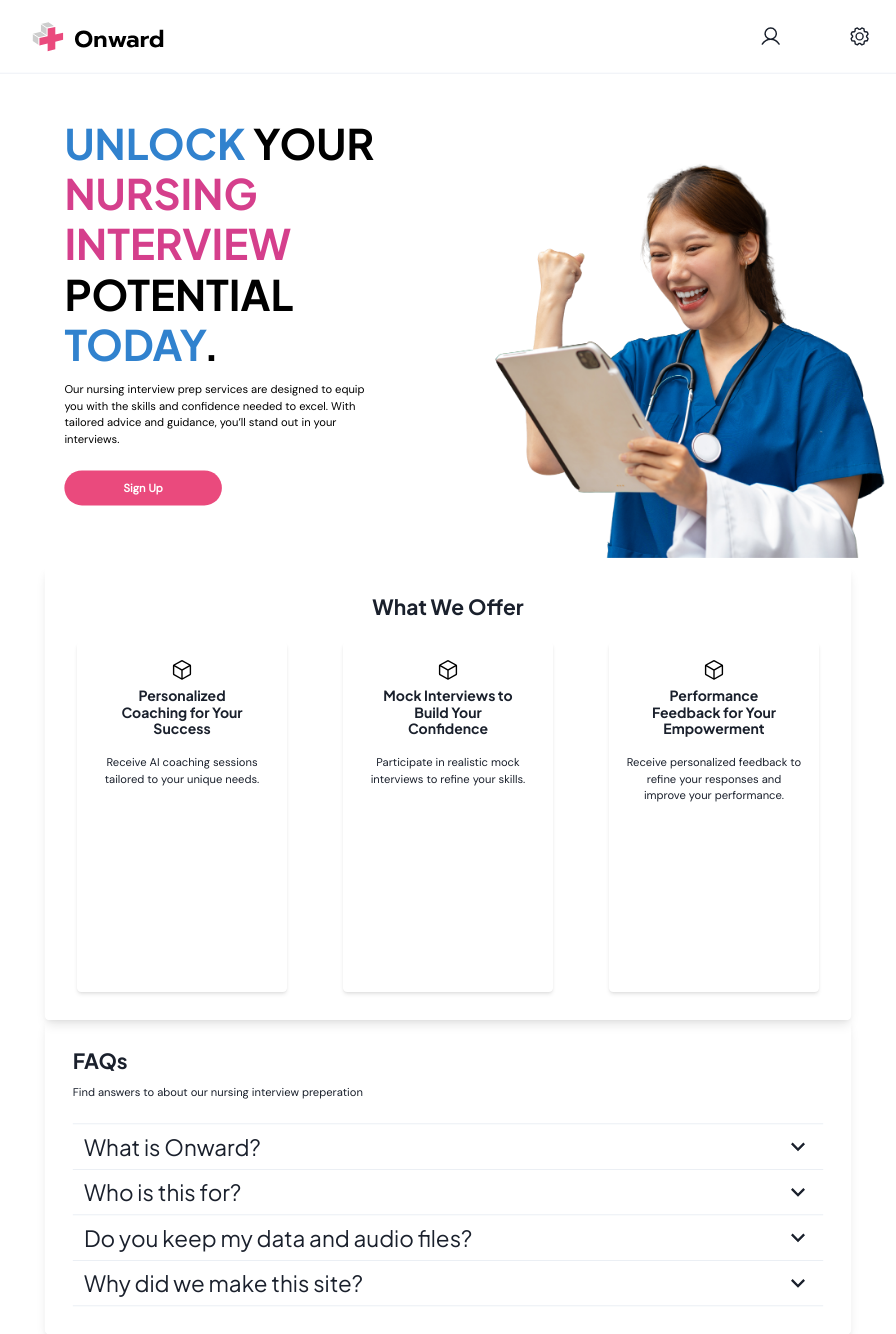
Repository: Aladdin3r/onward
Page: /landing-page
The author's editor kept a copy of each file at every save. The page is drawn from the files as they stood at one save, then again after a run of saves.
The browser window is 1280 px wide. The pictures show the whole page, at 70% of full size.
The project was rebuilt for these pictures with package versions that can differ from the ones it lists, and the page was loaded fresh each time. The framework's server and built-in components were replaced by stand-ins that run in the browser. Also part of the build but not shown: next.config.mjs, styles/components/AppTopNav.js, styles/components/Layout.js.

Above is the page before, as saved 2024-10-29 03:00:50.

After the next 3 saves:
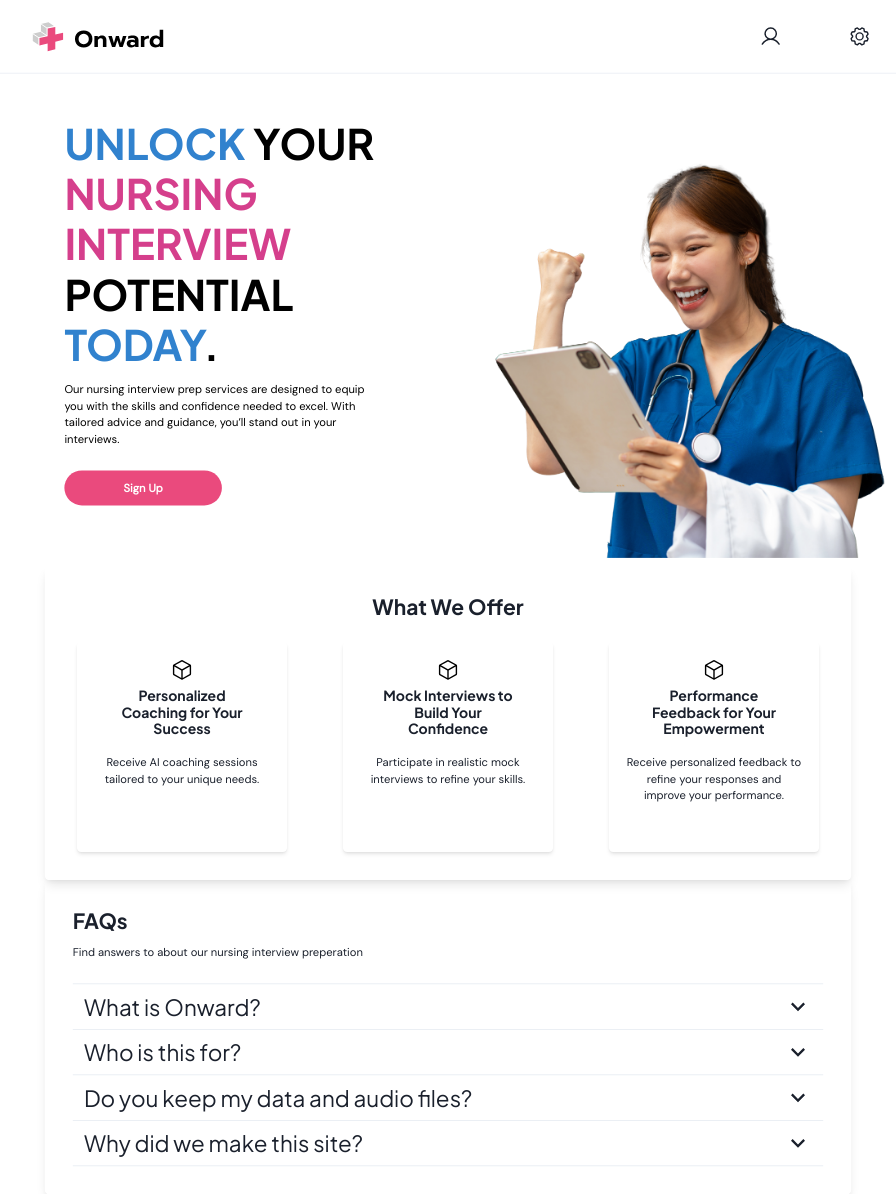
The 3 saves are shown as one change because they came seconds apart.
The last was saved 9 s later.
--- a/pages/landing-page.js
+++ b/pages/landing-page.js
@@ -97,7 +97,7 @@ export default function Home() {
             <Box p={10} textAlign="center" borderRadius="md" boxShadow="lg" maxW="90%" mx="auto" >
                 <Heading fontFamily="heading" fontSize="3xl" mb={8}>What We Offer</Heading>
                 <Flex justify="center" gap={20}>
-                    <Stack width="300px" height="500px" borderRadius="md" boxShadow="md" p={6} textAlign="center" alignItems="center">
+                    <Stack width="300px" height="300px" borderRadius="md" boxShadow="md" p={6} textAlign="center" alignItems="center">
                         <svg xmlns="http://www.w3.org/2000/svg" width="32" height="32" fill="#000000" viewBox="0 0 256 256"><path d="M223.68,66.15,135.68,18h0a15.88,15.88,0,0,0-15.36,0l-88,48.17a16,16,0,0,0-8.32,14v95.64a16,16,0,0,0,8.32,14l88,48.17a15.88,15.88,0,0,0,15.36,0l88-48.17a16,16,0,0,0,8.32-14V80.18A16,16,0,0,0,223.68,66.15ZM128,32h0l80.34,44L128,120,47.66,76ZM40,90l80,43.78v85.79L40,175.82Zm96,129.57V133.82L216,90v85.78Z"></path></svg>
                         <Heading width="80%" fontFamily="heading" fontSize="xl" mb={4}>Personalized Coaching for Your Success</Heading>
                         <Text fontFamily="body">
